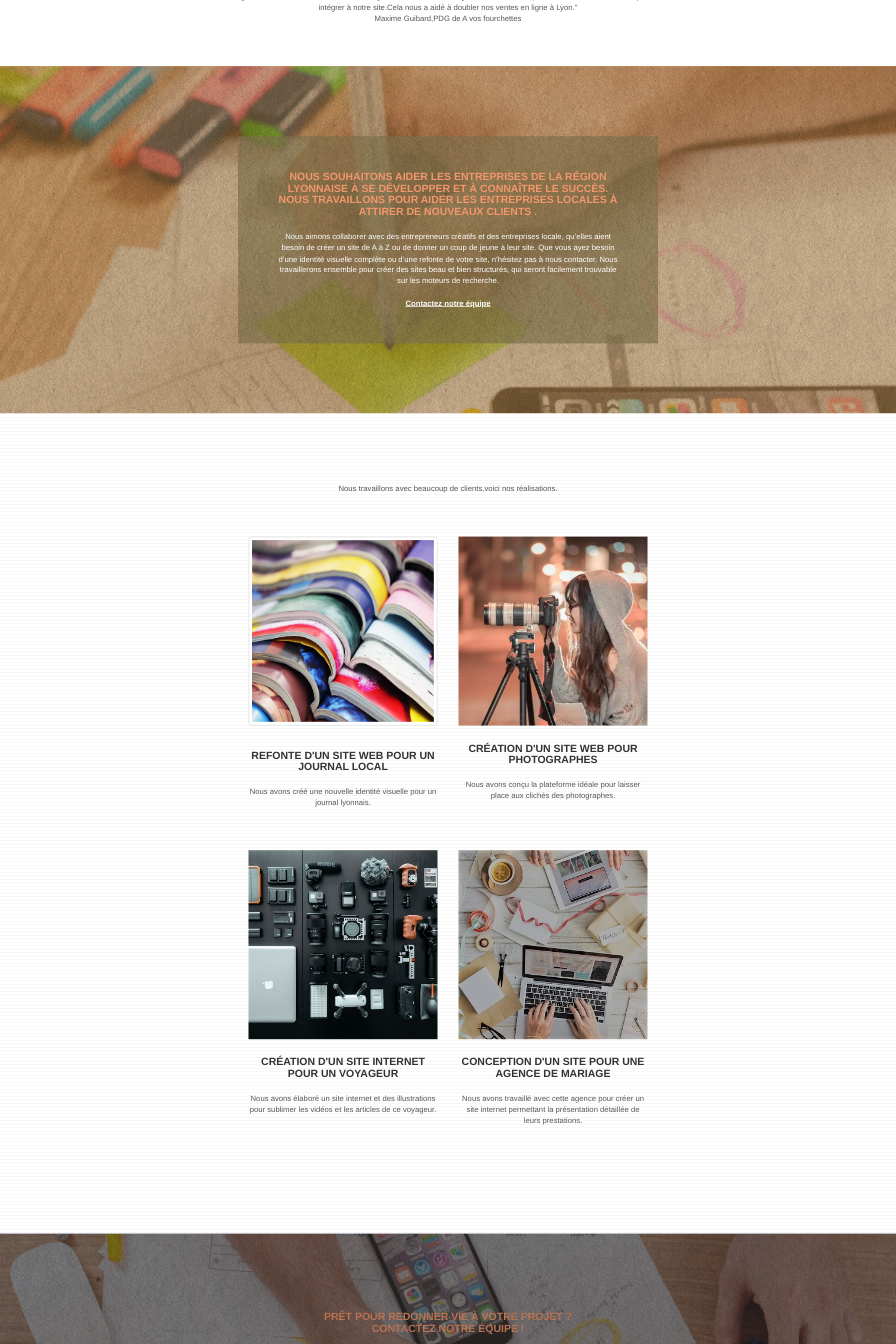
Repository: EtudianteHU/Uyarci_Hilal_4_code_012023
Page: index.html
The author's editor kept a copy of each file at every save. The page is drawn from the files as they stood at one save, then again after the next save.
The browser window is 1280 px wide. The pictures show the part of the page from y = 931 to 2851 px (the page is 3129 px tall), at 70% of full size.

Above is the page before, as saved 2023-02-27 22:07:28.

### index.html
<!DOCTYPE html>
<html lang="fr">
    <head>
        <meta charset="utf-8" />
        <meta name="robots" content="index,follow" />
        <meta
            name="description"
            content="La Panthère,agence web basé à lyon,une entreprise de webdesign"
        />
        <meta
            name="viewport"
            content="width=device-width, initial-scale=1.0, viewport-fit=cover"
        />
        <link rel="shortcut icon" type="image/png" href="favicon.webp" />

        <link rel="stylesheet" type="text/css" href="./css/bootstrap.min.css" />
        <link rel="stylesheet" type="text/css" href="style.min.css" />
        <link
            rel="stylesheet"
            type="text/css"
            href="./css/font-awesome.min.css"
        />
        <link rel="stylesheet" type="text/css" href="./css/et-line.min.css" />

        <script src="./js/jquery-2.1.0.min.js"></script>
        <script defer src="./js/bootstrap.min.js"></script>
        <script defer src="./js/blocs.min.js"></script>
        <script defer src="./js/jquery.touchSwipe.min.js"></script>

        <title>Agence La Panthère,meilleure entreprise à Lyon</title>

        <!-- Analytics -->

        <!-- Analytics END -->
    </head>
    <body>
        <!-- Principal conteneur -->
        <main class="page-container">
            <!-- bloc-0 -->
            <header class="bloc bgc-white l-bloc" id="bloc-0">
                <div class="container bloc-sm">
                    <nav class="navbar row">
                        <div class="navbar-header">
                            <a class="navbar-brand" href="index.html" title="Page d'accueil de l'agence"
                                ><img
                                    src="img/agence-la-panthere-monochrome.webp"
                                    alt="La Panthère - Agence de web design"
                                    height="40"
                            /></a>
                            <button
                                id="nav-toggle"
                                type="button"
                                class="ui-navbar-toggle navbar-toggle"
                                data-toggle="collapse"
                                data-target=".navbar-1"
                                aria-pressed="true"
                            >
                                <span class="sr-only">Toggle navigation</span>
                                <span class="icon-bar"></span>
                                <span class="icon-bar"></span>
                                <span class="icon-bar"></span>
                            </button>
                        </div>
                        <div
                            class="collapse navbar-collapse navbar-1 special-dropdown-nav"
                        >
                            <ul class="site-navigation nav navbar-nav">
                                <li>
                                    <a href="index.html">Accueil</a>
                                </li>
                                <li>
                                    <a href="contact.html">Contact</a>
                                </li>
                            </ul>
                        </div>
                    </nav>
                </div>
            </header>
            <!-- bloc-0 END -->

            <!-- bloc-1-presentation -->
            <div
                class="bloc bgc-dark-slate-blue bg-banniere d-bloc bg-t-edge bloc-bg-texture texture-paper b-parallax"
                id="bloc-1-hero"
            >
                <div class="container bloc-lg">
                    <div class="row tight-width-whitespace">
                        <div class="col-sm-12">
                            <img
                                src="img/logo.webp"
                                class="center-block image-resize-mode"
                                width="100"
                                alt="logo de panthere"
                            />
                            <h1 class="text-center hero-bloc-text tc-white">
                                Agence La Panthère
                            </h1>
                            <div class="text-center">
                                <a
                                    href="contact.html"
                                    class="btn btn-lg btn-clean btn-rd cta-hero btn-atomic-tangerine"
                                    id="cta-hero"
                                    >Contact</a
                                >
                            </div>
                        </div>
                    </div>
                </div>
            </div>
            <!-- bloc-1-presentation END -->

            <!-- bloc-2-services -->
            <div class="bloc bgc-white l-bloc" id="bloc-2-services">
                <div class="container bloc-md">
                    <div class="row">
                        <div class="col-sm-12 text-center">
                            <p>
                                L'agence La Panthère est une agence de web
                                design qui aide les entreprises a devenir
                                attractives et visibles sur Internet.
                            </p>
                        </div>
                    </div>
                    <div class="row voffset-lg med-width-whitespace">
                        <div class="col-sm-4">
                            <div class="text-center">
                                <span
                                    class="et-icon-browser sm-shadow icon-dark-slate-blue icons icon-lg"
                                ></span>
                            </div>
                            <h2 class="mg-md text-center">Web design</h2>
                            <p class="text-center">
                                Que vous ayez un site web qui a besoin d'un
                                rafraîchissement ou que vous partiez de zéro,
                                laissez-nous vous réaliser un design dont vous
                                serez fier.
                            </p>
                        </div>
                        <div class="col-sm-4">
                            <div class="text-center">
                                <span
                                    class="et-icon-presentation sm-shadow icon-dark-slate-blue icons icon-lg"
                                ></span>
                            </div>
                            <h2 class="mg-md text-center">Stratégie</h2>
                            <p class="text-center">
                                Plutôt que de suggérer des designs à la mode,
                                nous travaillerons avec vous pour comprendre vos
                                objectifs commerciaux afin de vous proposer le
                                meilleur design possible.<br />
                            </p>
                        </div>
                        <div class="col-sm-4">
                            <div class="text-center">
                                <span
                                    class="et-icon-edit sm-shadow icon-dark-slate-blue icons icon-lg"
                                ></span>
                            </div>
                            <h2 class="mg-md text-center">Illustrations</h2>
                            <p class="text-center">
                                Un bon design n'est rien sans de bonnes
                                illustrations. Laissez faire notre équipe de
                                graphistes talentueux pour donner à vos pages
                                une touche finale d'élégance.
                            </p>
                        </div>
                    </div>
                    <div class="row voffset-lg voffset">
                        <div
                            class="col-xs-12 col-md-8 col-md-offset-2 text-center"
                        >
                            <p>
                                "L'agence La Panthère est une excellente agence
                                web!Les web designers ont réussi à capturer
                                l'essence de notre entreprise et à intégrer à
                                notre site.Cela nous a aidé à doubler nos ventes
                                en ligne à Lyon."<br />
                                Maxime Guibard,PDG de A vos fourchettes
                            </p>
                        </div>
                    </div>
                </div>
            </div>
            <!-- bloc-2-services END -->

            <!-- bloc-3-what-i-do -->
            <div
                class="bloc tc-white bgc-atomic-tangerine bg-presentation d-bloc bloc-bg-texture texture-paper b-parallax"
                id="bloc-3-what-i-do"
            >
                <div class="container bloc-lg">
                    <div class="row tight-width-whitespace black-background">
                        <div class="col-sm-12">
                            <h3 class="mg-md text-center tc-white">
                                Nous souhaitons aider les entreprises de la
                                région Lyonnaise à se développer et à connaître
                                le succès. Nous travaillons pour aider les
                                entreprises locales à attirer de nouveaux
                                clients .<br />
                            </h3>
                            <p class="text-center white">
                                Nous aimons collaborer avec des entrepreneurs
                                créatifs et des entreprises locale, qu’elles
                                aient besoin de créer un site de A à Z ou de
                                donner un coup de jeune à leur site. Que vous
                                ayez besoin d’une identité visuelle complète ou
                                d’une refonte de votre site, n’hésitez pas à
                                nous contacter. Nous travaillerons ensemble pour
                                créer des sites beau et bien structurés, qui
                                seront facilement trouvable sur les moteurs de
                                recherche. <br /><br /><a
                                    class="ltc-white bold-link"
                                    href="contact.html"
                                    title=""
                                    >Contactez notre équipe</a
                                ><br />
                            </p>
                        </div>
                    </div>
                </div>
            </div>
            <!-- bloc-3-what-i-do END -->

            <!-- bloc-4-portfolio -->
            <div
                class="bloc bgc-white bg-lines-h2-bg bg-repeat l-bloc"
                id="bloc-4-portfolio"
            >
                <div class="container bloc-lg">
                    <div class="row">
                        <div class="col-sm-12 text-center">
                            <p>
                                Nous travaillons avec beaucoup de clients,voici
                                nos réalisations.
                            </p>
                        </div>
                    </div>
                    <div class="row tight-width-whitespace portfolio-row">
                        <div class="col-sm-6">
                            <a
                                href="#"
                                data-lightbox="img/1.webp"
                                data-gallery-id="gallery-1"
                                data-caption="Refonte d'un site web pour un journal local"
                                data-frame="snapshot-lb"
                                title="Un journal"
                                ><img
                                    src="img/1.webp" loading="lazy"
                                    alt="Photo de journal"
                                    class="img-fluid img-thumbnail portfolio-thumb"
                            /></a>
                            <h3 class="mg-md text-center">
                                Refonte d'un site web pour un journal local
                            </h3>
                            <p class="text-center">
                                Nous avons créé une nouvelle identité visuelle
                                pour un journal lyonnais.
                            </p>
                        </div>
                        <div class="col-sm-6">
                            <a
                                href="#"
                                data-lightbox="img/2.webp"
                                data-gallery-id="gallery-1"
                                data-caption="Création d'un site web pour photographes"
                                data-frame="snapshot-lb"
                                title="un site web pour photographes"
                                ><img
                                    src="img/2.webp" loading="lazy"
                                    class="img-responsive portfolio-thumb"
                                    alt="personne utilisant un appareil photo"
                            /></a>
                            <h3 class="mg-md text-center">
                                Création d'un site web pour photographes
                            </h3>
                            <p class="text-center">
                                Nous avons conçu la plateforme idéale pour
                                laisser place aux clichés des photographes.
                            </p>
                        </div>
                    </div>
                    <div class="row tight-width-whitespace portfolio-row">
                        <div class="col-sm-6">
                            <a
                                href="#"
                                data-lightbox="img/3.webp"
                                data-gallery-id="gallery-1"
                                data-caption="Création d'un site internet pour un voyageur"
                                data-frame="snapshot-lb"
                                title=""
                                ><img
                                    src="img/3.webp" loading="lazy"
                                    class="img-responsive portfolio-thumb"
                                    alt="pièces de caméra"
                            /></a>
                            <h3 class="mg-md text-center">
                                Création d'un site internet pour un voyageur
                            </h3>
                            <p class="text-center">
                                Nous avons élaboré un site internet et des
                                illustrations pour sublimer les vidéos et les
                                articles de ce voyageur.
                            </p>
                        </div>
                        <div class="col-sm-6">
                            <a
                                href="#"
                                data-lightbox="img/4.webp"
                                data-gallery-id="gallery-1"
                                data-caption="Conception d'un site pour une agence de mariage"
                                data-frame="snapshot-lb"
                                title=""
                                ><img
                                    src="img/4.webp" loading="lazy"
                                    class="img-responsive portfolio-thumb"
                                    alt="personnes utilisant un ordinateur et une tablette"
                            /></a>
                            <h3 class="mg-md text-center">
                                Conception d'un site pour une agence de mariage
                            </h3>
                            <p class="text-center">
                                Nous avons travaillé avec cette agence pour
                                créer un site internet permettant la
                                présentation détaillée de leurs prestations.
                            </p>
                        </div>
                    </div>
                </div>
            </div>
            <!-- bloc-4-portfolio END -->

            <!-- bloc-5-cta -->
            <div
                class="bloc bgc-dark-slate-blue bg-banniere d-bloc bloc-bg-texture texture-paper"
                id="bloc-5-cta"
            >
                <div class="container bloc-lg">
                    <div class="row">
                        <h3 class="mg-md text-center tc-white">
                            Prêt pour redonner vie à votre projet ?<br />Contactez
                            notre équipe !
                        </h3>
                        <div class="col-sm-12 text-center">
                            <a
                                href="contact.html"
                                class="btn btn-atomic-tangerine btn-clean btn-rd btn-lg cta-hero"
                                title=""
                                >Contact</a
                            >
                        </div>
                    </div>
                </div>
            </div>
            <!-- bloc-5-cta END -->

            <!-- Footer - bloc-8 -->
            <footer class="bloc bgc-atomic-tangerine d-bloc" id="bloc-8">
                <div class="container bloc-sm">
                    <div class="row">
                        <div class="col-sm-12">
                            <p class="text-center white">
                                Agence La Panthère - Agence web basée à Lyon.<br />
                            </p>
                            <div class="row row-no-gutters social">
                                <div class="col-sm-3">
                                    <div class="text-center">
                                        <a class="social" target="_blank" href="https://www.twitter.com/?hl=fr"
                                        title="twitter (nouvelle fênetre)">
                                        <span
                                            class="fa fa-twitter icon-md"
                                        ></span></a>
                                    </div>
                                </div>
                                <div class="col-sm-3">
                                    <div class="text-center">
                                        <a class="social" target="_blank" href="https://www.dribbble.com/?hl=fr"
                                        title="facebook (nouvelle fênetre)">
                                        <span
                                            class="fa fa-facebook icon-md"
                                        ></span></a>
                                    </div>
                                </div>
                                <div class="col-sm-3">
                                    <div class="text-center">
                                        <a class="social" target="_blank" href="https://www.dribbble.com/?hl=fr"
                                        title="dribbble (nouvelle fênetre)">
                                        <span
                                            class="fa fa-dribbble icon-md"
                                        ></span></a>
                                    </div>
                                </div>
                                <div class="col-sm-3">
                                    <div class="text-center">
                                        <a class="social" target="_blank" href="https://www.instagram.com/?hl=fr"
                                        title="instagram (nouvelle fênetre)">
                                            <span
                                                class="fa fa-instagram icon-md"
                                            ></span>
                                        </a>
                                    </div>
                                </div>
                            </div>
                        </div>
                    </div>
                </div>
            </footer>
            <!-- Footer - bloc-8 END -->
        </main>
        <!-- Principal conteneur END -->
    </body>
</html>

Loaded but not shown: css/bootstrap.min.css (library); style.min.css (library); css/font-awesome.min.css (library); css/et-line.min.css (library); js/jquery-2.1.0.min.js (library); js/bootstrap.min.js (library); js/blocs.min.js (library); js/jquery.touchSwipe.min.js (library)

After the next save:
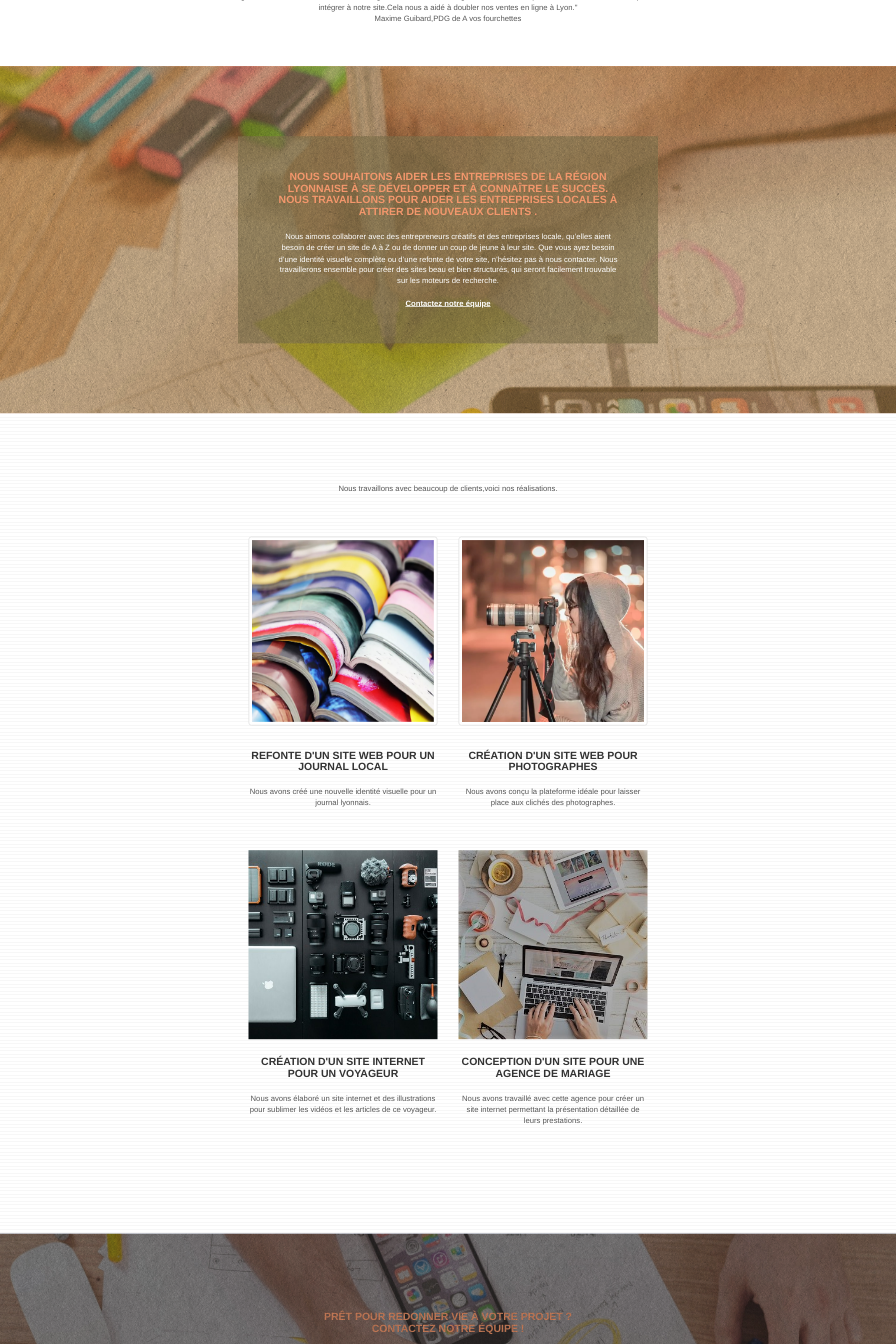
Saved 35 s later.
--- a/index.html
+++ b/index.html
@@ -267,7 +267,7 @@
                                 title="un site web pour photographes"
                                 ><img
                                     src="img/2.webp" loading="lazy"
-                                    class="img-responsive portfolio-thumb"
+                                    class="img-fluid img-thumbnail portfolio-thumb"
                                     alt="personne utilisant un appareil photo"
                             /></a>
                             <h3 class="mg-md text-center">
